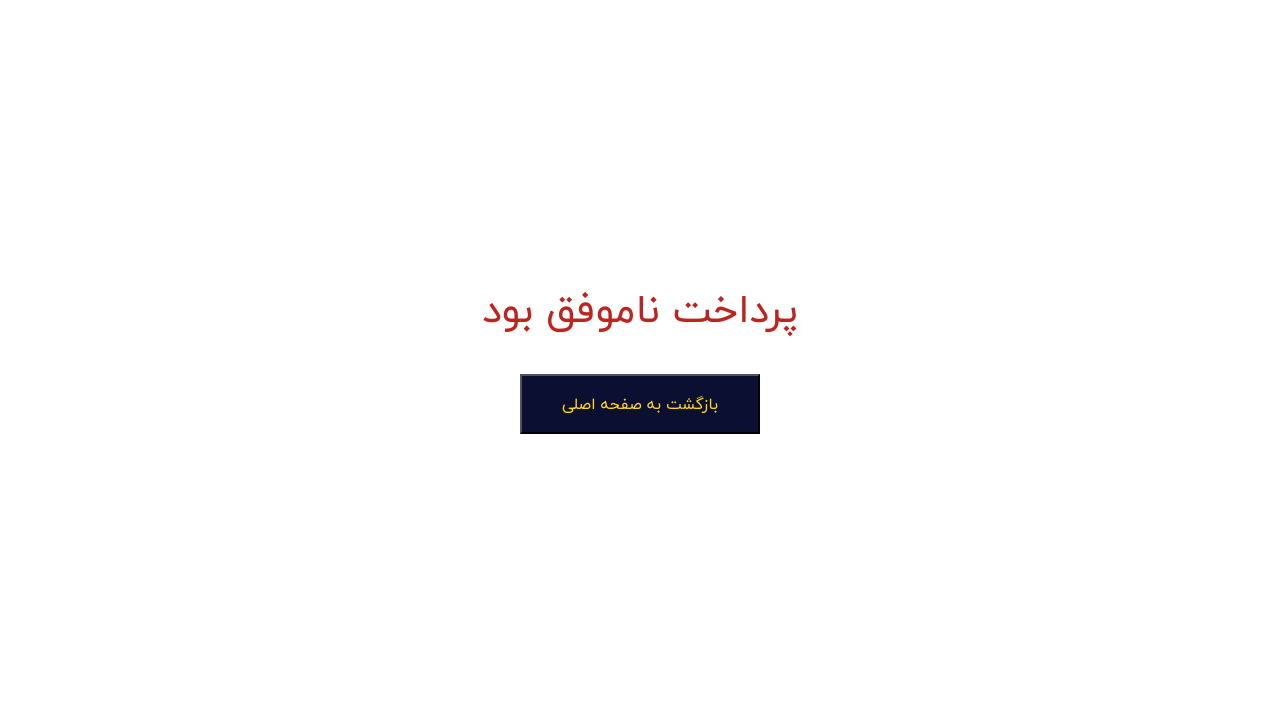
Repository: nightwolf-041/pisheyar-panel-user
Page: /payment
The author's editor kept a copy of each file at every save. The page is drawn from the files as they stood at one save, then again after the next save.
The browser window is 1280 px wide. The pictures show the whole page.
The project was rebuilt for these pictures with package versions that can differ from the ones it lists, and the page was loaded fresh each time. Also part of the build but not shown: src/components/privateRoutes/PrivateRoute.jsx, src/components/privateRoutes/PrivateRouteLogin.jsx, src/components/notfound/NotFound.jsx.

Above is the page before, as saved 2020-07-23 14:30:48.

After the next save:
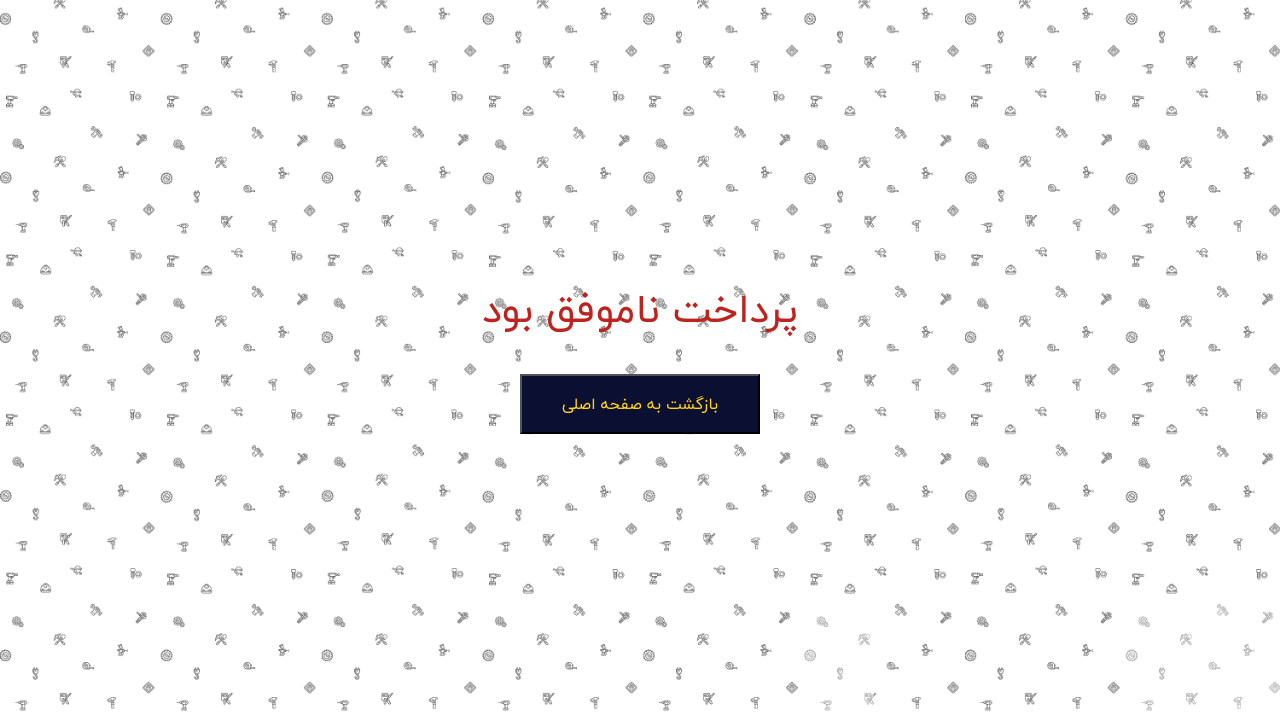
Saved 85 s later.
--- a/src/components/paymentPage/paymentPage.module.css
+++ b/src/components/paymentPage/paymentPage.module.css
@@ -5,7 +5,10 @@
     flex-direction: column;
     justify-content: center;
     align-items: center;
-    ذشزن
+    background-image: url('../../assets/images/WideBackgroundFooter.svg');
+    background-position: center;
+    background-size: cover;
+    background-repeat: no-repeat;
 }
 
 .paymentPageResultSuccess {
